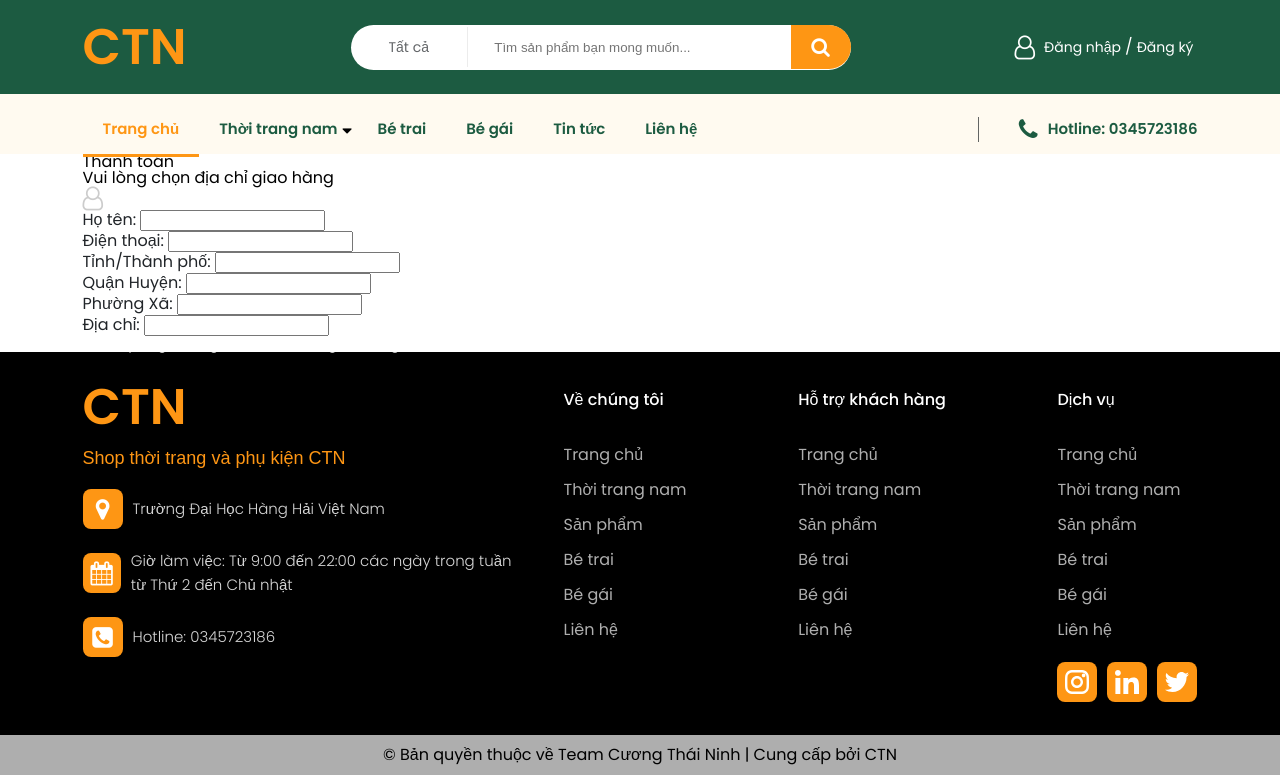
Repository: cuongchua2k2/BaiTapLon-web
Page: deliver.html
The author's editor kept a copy of each file at every save. The page is drawn from the files as they stood at one save, then again after the next save.
The browser window is 1280 px wide. The pictures show the whole page.

Above is the page before, as saved 2023-12-23 14:03:04.
Console error: TypeError: Cannot read properties of null (reading 'style')

After the next save:
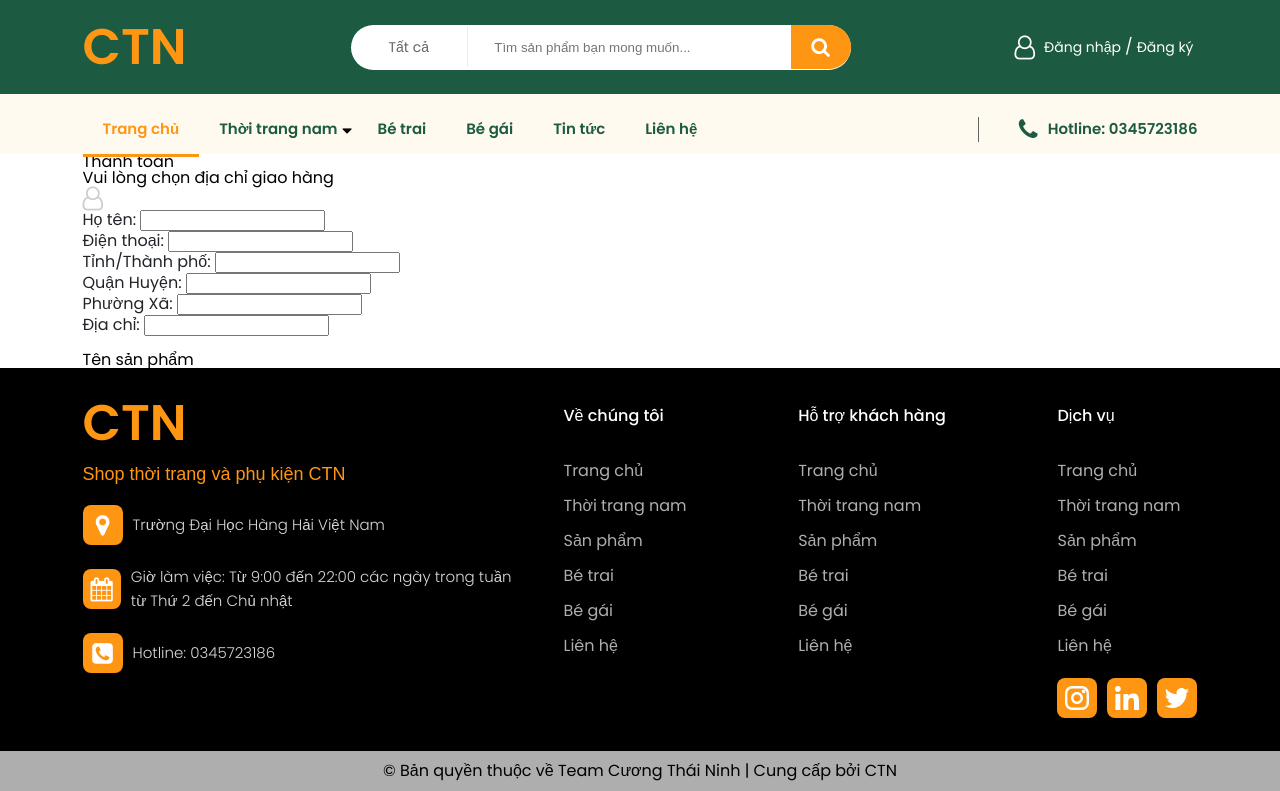
Saved 2 min 21 s later.
--- a/deliver.html
+++ b/deliver.html
@@ -152,7 +152,13 @@
             </div>
           </div>
           <!-- .delivery right -->
-          <div class="delivery__right"></div>
+          <div class="delivery__right">
+            <table>
+              <tr>
+                <th>Tên sản phẩm</th>
+              </tr>
+            </table>
+          </div>
         </div>
       </div>
     </main>
